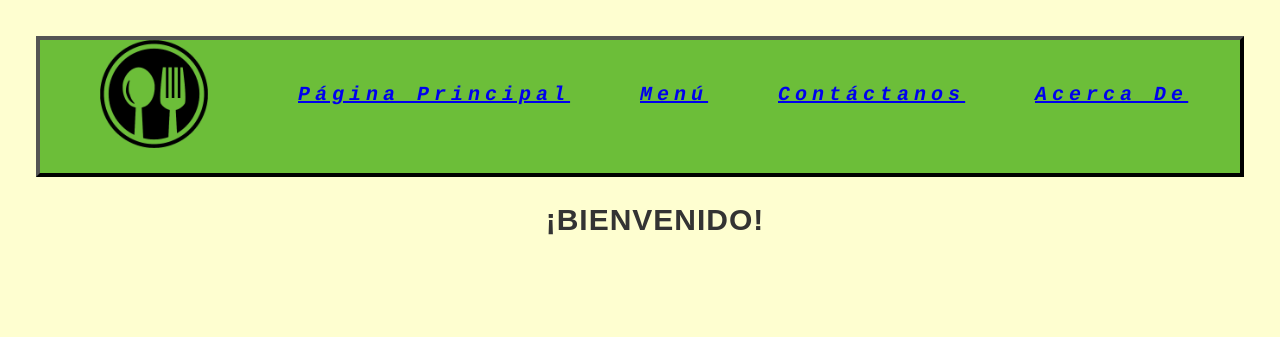
Repository: UVMCoyoacan/eq06_sitio1
Page: index.html
These files come from the project's save history. The page is drawn as it stood at one moment and after the next save; the edit follows.
The browser window is 1280 px wide. The pictures show the whole page.

Above is the page before, as saved 2024-03-08 10:10:01.

After the next save:
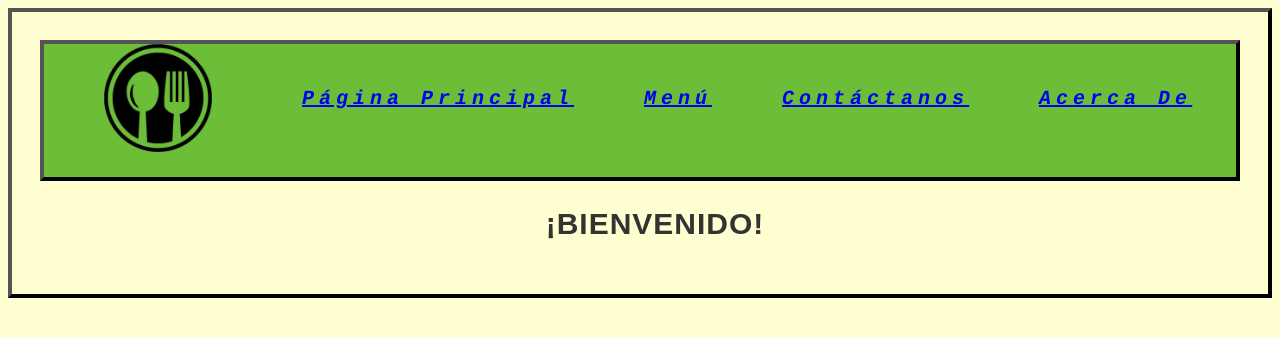
Saved 45 s later.
--- a/Carpeta estilos/estilo1.css
+++ b/Carpeta estilos/estilo1.css
@@ -10,6 +10,9 @@ body{
   text-transform:capitalize;
   text-align:left;
   text-indent:30px;
+  border-style: outset;
+  border-color: #000000;
+  border-width: .4ch;
 
 
 }
